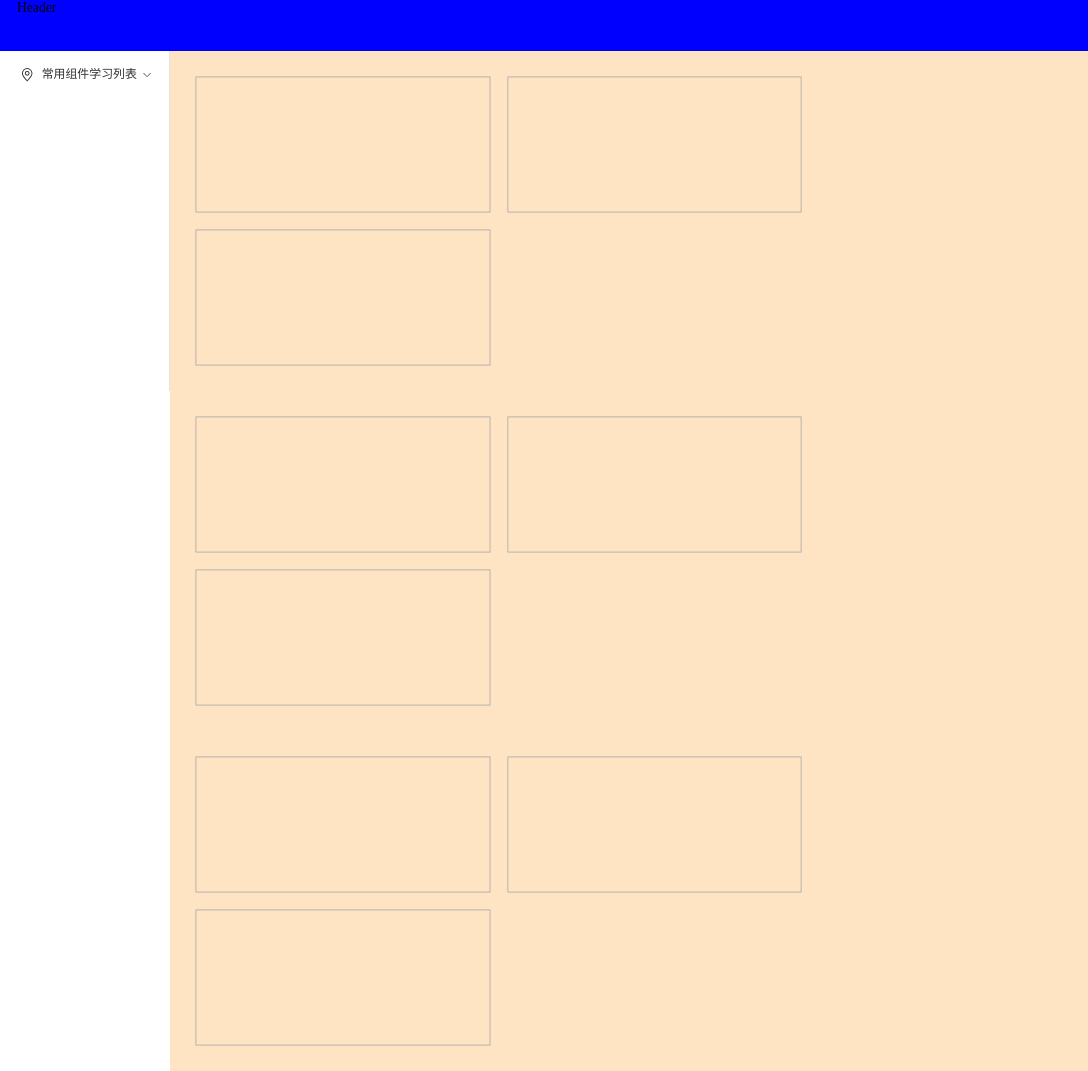
Repository: 553559555/vue3-project
Page: /#/index (app in vue3-app/)
An editor plug-in stored every save of this project. The page is shown before and after the next save, followed by the edit.
The browser window is 1280 px wide. The pictures show the whole page, at 85% of full size.
The project was rebuilt for these pictures with package versions that can differ from the ones it lists, and the page was loaded fresh each time. Also part of the build but not shown: vue3-app/vite.config.ts.

Above is the page before, as saved 2025-03-24 10:46:57.

### vue3-app/src/main.ts
import { createApp } from 'vue'
import ElementPlus from 'element-plus'
import 'element-plus/dist/index.css'
import router from './router'
import pinia from './stores'
import './style.css'
import App from './App.vue'

const app = createApp(App)
app.use(ElementPlus)
app.use(router)
app.use(pinia)

app.mount('#app')

### vue3-app/src/router/index.ts
import { createRouter, createWebHashHistory, createWebHistory } from 'vue-router'
import type { RouteRecordRaw } from 'vue-router'

const routes: Array<RouteRecordRaw> = [
  {
    path: '/',
    name: 'Login',
    component: () => import('../views/login.vue')
  },
  {
    path: '/index',
    name: 'index',
    component: () => import('../views/index.vue'),
    children: [
      {
        path: '',
        name: 'Home',
        component: () => import('../views/Home.vue')
      },
      {
        path: '/about',
        name: 'About',
        component: () => import('../views/About.vue')
      }
    ]
  }

]

const router = createRouter({
  history: createWebHashHistory(),
  routes
})

export default router

### vue3-app/src/stores/index.ts
import { createPinia } from 'pinia'

const pinia = createPinia()

export default pinia

### vue3-app/src/style.css
/* CSS 重置 */
* {
  margin: 0;
  padding: 0;
  box-sizing: border-box;
}

### vue3-app/src/App.vue
<script setup lang="ts">
import { RouterView } from 'vue-router'
</script>

<template>
    <router-view />
</template>

### vue3-app/src/views/index.vue
<template>
    <el-header>Header</el-header>
    <el-container>
        <el-aside width="200px">
            <home-left />
        </el-aside>
        <el-main>
            <router-view>
            </router-view>
        </el-main>
    </el-container>
</template>

<script setup>

import { RouterView } from 'vue-router'
import HomeLeft from './components/home-left.vue'

</script>



<style scoped lang="scss">
.el-header {
    background-color: blue;
    box-sizing: border-box;
}

.el-container {
    box-sizing: border-box;

    .el-aside {
        box-sizing: border-box;
    }

    .el-main {
        background-color: bisque;
        padding: 0;
        box-sizing: border-box;
    }
}
</style>

### vue3-app/src/views/Home.vue
<template>
  <div class="home-container">
    <el-row class="row" :span="8">
      <el-col :span="8">
        <div class="grid-content ep-bg-purple-dark" />
      </el-col>
      <el-col :span="8">
        <div class="grid-content ep-bg-purple-dark" />
      </el-col>
      <el-col :span="8">
        <div class="grid-content ep-bg-purple-dark" />
      </el-col>
    </el-row>

    <el-row class="row" :span="8">
      <el-col :span="8">
        <div class="grid-content ep-bg-purple-dark" />
      </el-col>
      <el-col :span="8">
        <div class="grid-content ep-bg-purple-dark" />
      </el-col>
      <el-col :span="8">
        <div class="grid-content ep-bg-purple-dark" />
      </el-col>
    </el-row>

    <el-row class="row" :span="8">
      <el-col :span="8">
        <div class="grid-content ep-bg-purple-dark" />
      </el-col>
      <el-col :span="8">
        <div class="grid-content ep-bg-purple-dark" />
      </el-col>
      <el-col :span="8">
        <div class="grid-content ep-bg-purple-dark" />
      </el-col>
    </el-row>

  </div>
</template>

<script lang="ts" setup>

</script>

<style scoped lang="scss">
.home-container {
  width: 100%;
  height: 100%;
  box-sizing: border-box;

  .row {
    padding: 20px;
    height: 400px;

    .el-col {
      margin: 10px;
      border: solid 1px #aaa;
    }
  }
}
</style>

### vue3-app/src/views/components/home-left.vue
<template>
    <div class="home-left-container">
        <el-menu default-active="2" class="el-menu-vertical-demo" @open="handleOpen" @close="handleClose"
            @select="handleSelect">
            <el-sub-menu v-for="(items, index) in listData" :index="items.name" :key="index">
                <template #title>
                    <el-icon>
                        <location />
                    </el-icon>
                    <span>{{ items.name }}</span>
                </template>
                <el-menu-item v-for="(item, index) in items.children" :index="item.name" :key="index">
                    <el-icon>
                        <location />
                    </el-icon>
                    <span>{{ item.name }}</span>
                </el-menu-item>
            </el-sub-menu>
        </el-menu>
    </div>
</template>

<script setup>
import { Location } from "@element-plus/icons-vue";

import { reactive, ref } from "vue";
const listData = reactive([
    {
        name: "常用组件学习列表",
        children: [
            {
                name: 'button'
            },
            {
                name: 'input'
            }
        ],
    },
]);
const isCollapse = ref(true);
const handleOpen = (key, keyPath) => {
    console.log(key, keyPath);
};
const handleClose = (key, keyPath) => {
    console.log(key, keyPath);
};

const handleSelect = (key, keyPath) => {
    console.log(key, keyPath);
};
</script>

<style scoped lang="scss">
.home-left-container {
    height: 100%;
    width: 100%;
    background-color: #fff;

    .el-menu-vertical-demo:not(.el-menu--collapse) {
        width: 200px;
        min-height: 400px;
    }
}
</style>

Loaded but not shown: vue3-app/index.html (common file)

After the next save:
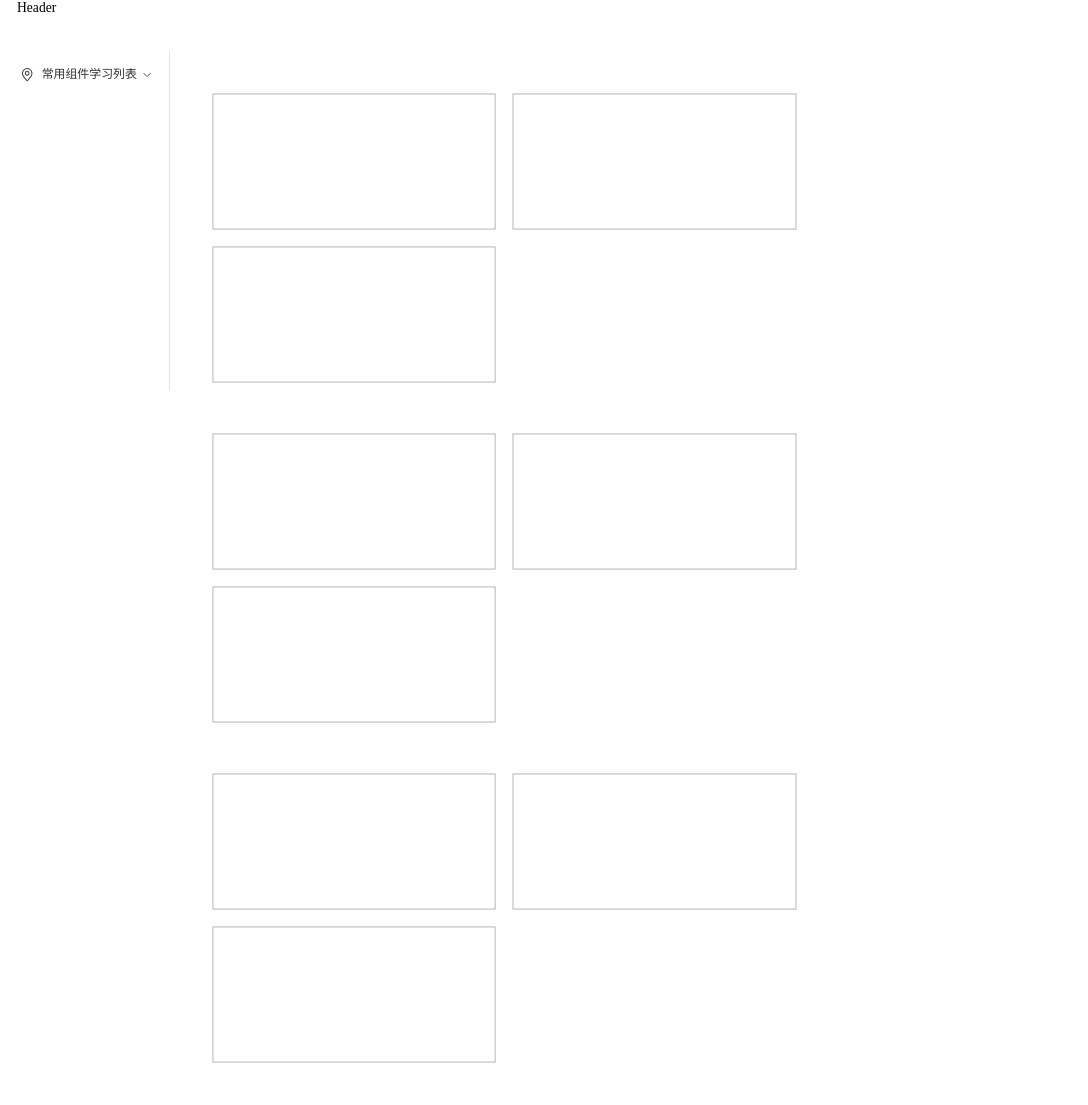
Saved 11 s later.
--- a/vue3-app/src/views/index.vue
+++ b/vue3-app/src/views/index.vue
@@ -20,23 +20,4 @@ import HomeLeft from './components/home-left.vue'
 
 
 
-<style scoped lang="scss">
-.el-header {
-    background-color: blue;
-    box-sizing: border-box;
-}
-
-.el-container {
-    box-sizing: border-box;
-
-    .el-aside {
-        box-sizing: border-box;
-    }
-
-    .el-main {
-        background-color: bisque;
-        padding: 0;
-        box-sizing: border-box;
-    }
-}
-</style>
+<style scoped lang="scss"></style>
